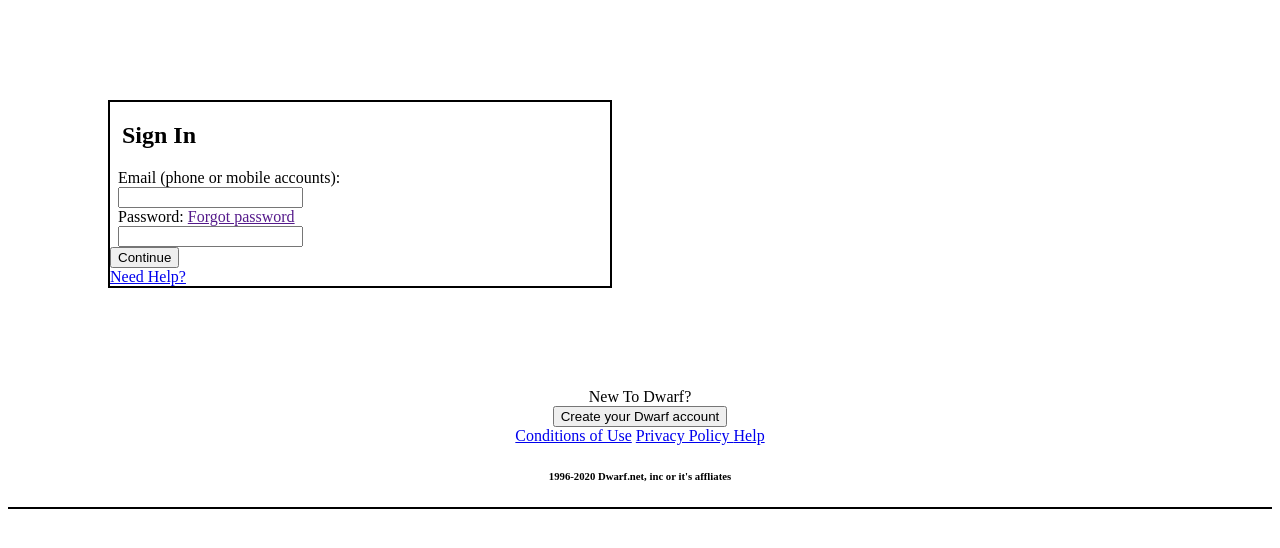
Repository: brittmarie333/replica
Page: index.html
The author's editor kept a copy of each file at every save. The page is drawn from the files as they stood at one save, then again after a run of saves.
The browser window is 1280 px wide. The pictures show the whole page.

Above is the page before, as saved 2024-05-27 12:47:02.

### index.html
<!DOCTYPE html>
<html lang="en">
<head>
    <meta charset="UTF-8">
    <meta name="viewport" content="width=device-width, initial-scale=1.0">
    <link rel="stylesheet" href="index.css">
    <title>Log In</title>
</head>
<body>

    <form action="/data.php">
        <h2>&ensp;Sign In</h2>
        <label for="username">&ensp;Email (phone or mobile accounts):</label><br>
        &ensp;<input type="text" id="fname" name="fname"><br>
        <label for="pword">&ensp;Password: </label> <text align="right"><a href="">Forgot password</a></text><br>
        &ensp;<input type="text" id="lname" name="lname" ><br>
        <button>Continue</button>
        <br>
        <a href="http">Need Help?</a>
      </form>




      New To Dwarf?
      <br>
      <button id="create">Create your Dwarf account</button>
      <br>
      <a href="http"> Conditions of Use</a>
      <a href="http"> Privacy Policy </a>
      <a href="http"> Help </a>
      <br>

      <h6> 1996-2020 Dwarf.net, inc or it's affliates</h6>


</body>
</html>

### index.css
h2  {
    text-align: left;
}

body {
    text-align: center;
    border-bottom: 2px solid black;
}
form{
    text-align: left;
    border: 2px solid;
    border color: light grey;
    margin: 100px;
    width: 500px;

}
button{


}

After the next 3 saves:
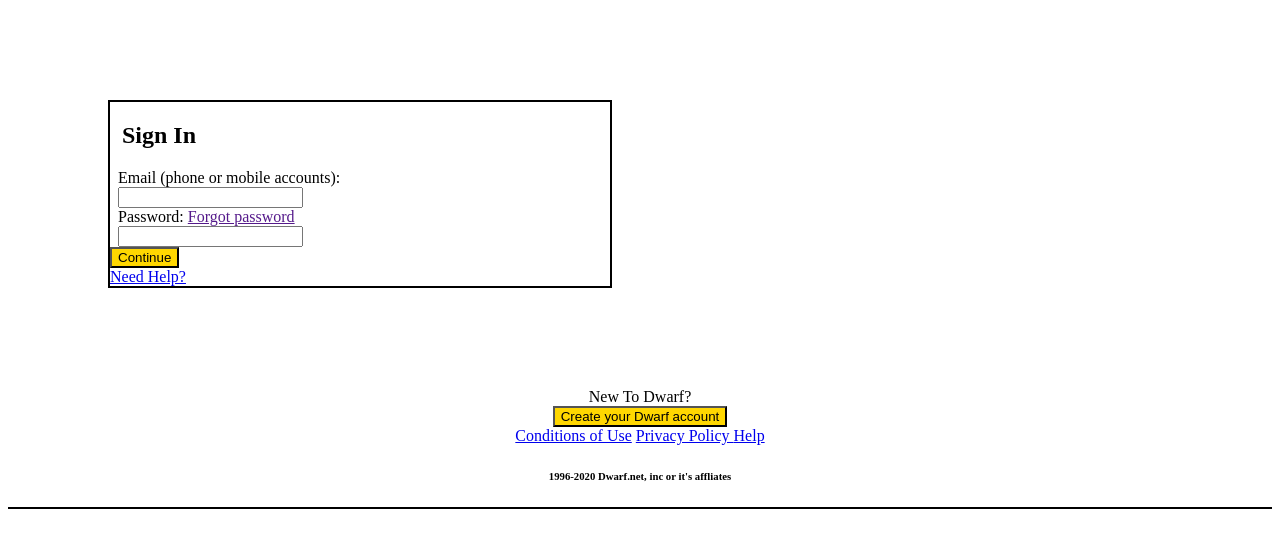
The 3 saves are shown as one change because they came seconds apart.
The last was saved 8 s later.
--- a/index.css
+++ b/index.css
@@ -15,6 +15,6 @@
 
 }
 button{
-
+    background-color:gold
 
 }

After the save that followed:
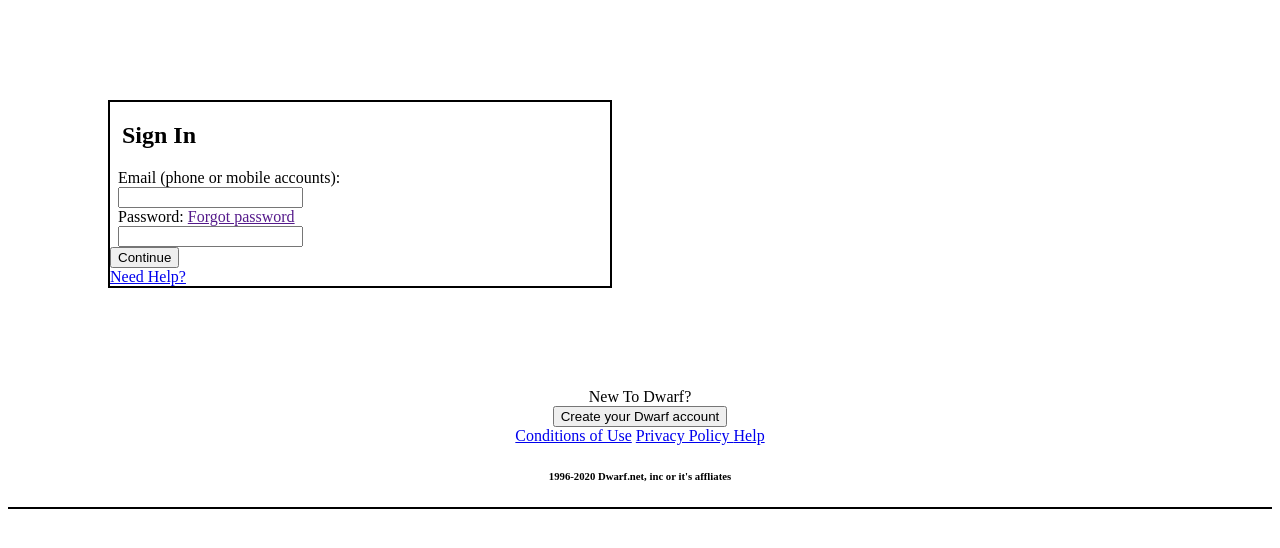
Saved 11 s later.
--- a/index.css
+++ b/index.css
@@ -15,6 +15,6 @@
 
 }
 button{
-    background-color:gold
+    bu
 
 }
